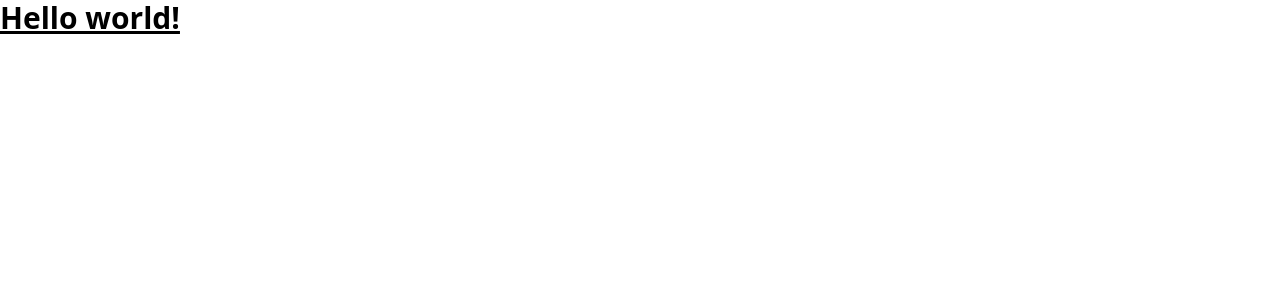
Repository: Gunplay/Smart-Home
Page: /
These files come from the project's save history. The page is drawn as it stood at one moment and after the next save; the edit follows.
The browser window is 1280 px wide. The pictures show the whole page.
The project was rebuilt for these pictures with package versions that can differ from the ones it lists, and the page was loaded fresh each time. Also part of the build but not shown: vite.config.js, vite.config.ts.

Above is the page before, as saved 2024-06-12 16:07:57.

### index.html
<!doctype html>
<html lang="en">

<head>
  <meta charset="UTF-8" />
  <link rel="icon" type="image/svg+xml" href="/vite.svg" />
  <meta name="viewport" content="width=device-width, initial-scale=1.0" />
  <title>Vite + React + TS</title>
  <link real='stylesheet' href='src/style.css'>
</head>

<body>
  <div id="root"></div>

  <script type="module" src="/src/main.tsx"></script>
</body>

</html>

### src/main.tsx
import React from 'react';
import ReactDOM from 'react-dom/client';
import App from './App.tsx';
import './css/style.css';

ReactDOM.createRoot(document.getElementById('root')!).render(
	<React.StrictMode>
		<App />
	</React.StrictMode>
);

### src/App.tsx
// import { useState } from 'react';

// import reactLogo from './assets/react.svg';
// import viteLogo from '/vite.svg';
import Header from './components/Header';

function App() {
	return (
		<>
			<Header />
		</>
	);
}

export default App;

### src/css/style.css
/*
! tailwindcss v3.4.4 | MIT License | https://tailwindcss.com
*/

/*
1. Prevent padding and border from affecting element width. (https://github.com/mozdevs/cssremedy/issues/4)
2. Allow adding a border to an element by just adding a border-width. (https://github.com/tailwindcss/tailwindcss/pull/116)
*/

*,
::before,
::after {
	box-sizing: border-box;
	/* 1 */
	border-width: 0;
	/* 2 */
	border-style: solid;
	/* 2 */
	border-color: #e5e7eb;
	/* 2 */
}

::before,
::after {
	--tw-content: '';
}

/*
1. Use a consistent sensible line-height in all browsers.
2. Prevent adjustments of font size after orientation changes in iOS.
3. Use a more readable tab size.
4. Use the user's configured `sans` font-family by default.
5. Use the user's configured `sans` font-feature-settings by default.
6. Use the user's configured `sans` font-variation-settings by default.
7. Disable tap highlights on iOS
*/

html,
:host {
	line-height: 1.5;
	/* 1 */
	-webkit-text-size-adjust: 100%;
	/* 2 */
	-moz-tab-size: 4;
	/* 3 */
	-o-tab-size: 4;
	tab-size: 4;
	/* 3 */
	font-family: ui-sans-serif, system-ui, sans-serif, 'Apple Color Emoji',
		'Segoe UI Emoji', 'Segoe UI Symbol', 'Noto Color Emoji';
	/* 4 */
	font-feature-settings: normal;
	/* 5 */
	font-variation-settings: normal;
	/* 6 */
	-webkit-tap-highlight-color: transparent;
	/* 7 */
}

/*
1. Remove the margin in all browsers.
2. Inherit line-height from `html` so users can set them as a class directly on the `html` element.
*/

body {
	margin: 0;
	/* 1 */
	line-height: inherit;
	/* 2 */
}

/*
1. Add the correct height in Firefox.
2. Correct the inheritance of border color in Firefox. (https://bugzilla.mozilla.org/show_bug.cgi?id=190655)
3. Ensure horizontal rules are visible by default.
*/

hr {
	height: 0;
	/* 1 */
	color: inherit;
	/* 2 */
	border-top-width: 1px;
	/* 3 */
}

/*
Add the correct text decoration in Chrome, Edge, and Safari.
*/

abbr:where([title]) {
	-webkit-text-decoration: underline dotted;
	text-decoration: underline dotted;
}

/*
Remove the default font size and weight for headings.
*/

h1,
h2,
h3,
h4,
h5,
h6 {
	font-size: inherit;
	font-weight: inherit;
}

/*
Reset links to optimize for opt-in styling instead of opt-out.
*/

a {
	color: inherit;
	text-decoration: inherit;
}

/*
Add the correct font weight in Edge and Safari.
*/

b,
strong {
	font-weight: bolder;
}

/*
1. Use the user's configured `mono` font-family by default.
2. Use the user's configured `mono` font-feature-settings by default.
3. Use the user's configured `mono` font-variation-settings by default.
4. Correct the odd `em` font sizing in all browsers.
*/

code,
kbd,
samp,
pre {
	font-family: ui-monospace, SFMono-Regular, Menlo, Monaco, Consolas,
		'Liberation Mono', 'Courier New', monospace;
	/* 1 */
	font-feature-settings: normal;
	/* 2 */
	font-variation-settings: normal;
	/* 3 */
	font-size: 1em;
	/* 4 */
}

/*
Add the correct font size in all browsers.
*/

small {
	font-size: 80%;
}

/*
Prevent `sub` and `sup` elements from affecting the line height in all browsers.
*/

sub,
sup {
	font-size: 75%;
	line-height: 0;
	position: relative;
	vertical-align: baseline;
}

sub {
	bottom: -0.25em;
}

sup {
	top: -0.5em;
}

/*
1. Remove text indentation from table contents in Chrome and Safari. (https://bugs.chromium.org/p/chromium/issues/detail?id=999088, https://bugs.webkit.org/show_bug.cgi?id=201297)
2. Correct table border color inheritance in all Chrome and Safari. (https://bugs.chromium.org/p/chromium/issues/detail?id=935729, https://bugs.webkit.org/show_bug.cgi?id=195016)
3. Remove gaps between table borders by default.
*/

table {
	text-indent: 0;
	/* 1 */
	border-color: inherit;
	/* 2 */
	border-collapse: collapse;
	/* 3 */
}

/*
1. Change the font styles in all browsers.
2. Remove the margin in Firefox and Safari.
3. Remove default padding in all browsers.
*/

button,
input,
optgroup,
select,
textarea {
	font-family: inherit;
	/* 1 */
	font-feature-settings: inherit;
	/* 1 */
	font-variation-settings: inherit;
	/* 1 */
	font-size: 100%;
	/* 1 */
	font-weight: inherit;
	/* 1 */
	line-height: inherit;
	/* 1 */
	letter-spacing: inherit;
	/* 1 */
	color: inherit;
	/* 1 */
	margin: 0;
	/* 2 */
	padding: 0;
	/* 3 */
}

/*
Remove the inheritance of text transform in Edge and Firefox.
*/

button,
select {
	text-transform: none;
}

/*
1. Correct the inability to style clickable types in iOS and Safari.
2. Remove default button styles.
*/

button,
input:where([type='button']),
input:where([type='reset']),
input:where([type='submit']) {
	-webkit-appearance: button;
	/* 1 */
	background-color: transparent;
	/* 2 */
	background-image: none;
	/* 2 */
}

/*
Use the modern Firefox focus style for all focusable elements.
*/

:-moz-focusring {
	outline: auto;
}

/*
Remove the additional `:invalid` styles in Firefox. (https://github.com/mozilla/gecko-dev/blob/2f9eacd9d3d995c937b4251a5557d95d494c9be1/layout/style/res/forms.css#L728-L737)
*/

:-moz-ui-invalid {
	box-shadow: none;
}

/*
Add the correct vertical alignment in Chrome and Firefox.
*/

progress {
	vertical-align: baseline;
}

/*
Correct the cursor style of increment and decrement buttons in Safari.
*/

::-webkit-inner-spin-button,
::-webkit-outer-spin-button {
	height: auto;
}

/*
1. Correct the odd appearance in Chrome and Safari.
2. Correct the outline style in Safari.
*/

[type='search'] {
	-webkit-appearance: textfield;
	/* 1 */
	outline-offset: -2px;
	/* 2 */
}

/*
Remove the inner padding in Chrome and Safari on macOS.
*/

::-webkit-search-decoration {
	-webkit-appearance: none;
}

/*
1. Correct the inability to style clickable types in iOS and Safari.
2. Change font properties to `inherit` in Safari.
*/

::-webkit-file-upload-button {
	-webkit-appearance: button;
	/* 1 */
	font: inherit;
	/* 2 */
}

/*
Add the correct display in Chrome and Safari.
*/

summary {
	display: list-item;
}

/*
Removes the default spacing and border for appropriate elements.
*/

blockquote,
dl,
dd,
h1,
h2,
h3,
h4,
h5,
h6,
hr,
figure,
p,
pre {
	margin: 0;
}

fieldset {
	margin: 0;
	padding: 0;
}

legend {
	padding: 0;
}

ol,
ul,
menu {
	list-style: none;
	margin: 0;
	padding: 0;
}

/*
Reset default styling for dialogs.
*/

dialog {
	padding: 0;
}

/*
Prevent resizing textareas horizontally by default.
*/

textarea {
	resize: vertical;
}

/*
1. Reset the default placeholder opacity in Firefox. (https://github.com/tailwindlabs/tailwindcss/issues/3300)
2. Set the default placeholder color to the user's configured gray 400 color.
*/

input::-moz-placeholder,
textarea::-moz-placeholder {
	opacity: 1;
	/* 1 */
	color: #9ca3af;
	/* 2 */
}

input::placeholder,
textarea::placeholder {
	opacity: 1;
	/* 1 */
	color: #9ca3af;
	/* 2 */
}

/*
Set the default cursor for buttons.
*/

button,
[role='button'] {
	cursor: pointer;
}

/*
Make sure disabled buttons don't get the pointer cursor.
*/

:disabled {
	cursor: default;
}

/*
1. Make replaced elements `display: block` by default. (https://github.com/mozdevs/cssremedy/issues/14)
2. Add `vertical-align: middle` to align replaced elements more sensibly by default. (https://github.com/jensimmons/cssremedy/issues/14#issuecomment-634934210)
   This can trigger a poorly considered lint error in some tools but is included by design.
*/

img,
svg,
video,
canvas,
audio,
iframe,
embed,
object {
	display: block;
	/* 1 */
	vertical-align: middle;
	/* 2 */
}

/*
Constrain images and videos to the parent width and preserve their intrinsic aspect ratio. (https://github.com/mozdevs/cssremedy/issues/14)
*/

img,
video {
	max-width: 100%;
	height: auto;
}

/* Make elements with the HTML hidden attribute stay hidden by default */

[hidden] {
	display: none;
}

*,
::before,
::after {
	--tw-border-spacing-x: 0;
	--tw-border-spacing-y: 0;
	--tw-translate-x: 0;
	--tw-translate-y: 0;
	--tw-rotate: 0;
	--tw-skew-x: 0;
	--tw-skew-y: 0;
	--tw-scale-x: 1;
	--tw-scale-y: 1;
	--tw-pan-x: ;
	--tw-pan-y: ;
	--tw-pinch-zoom: ;
	--tw-scroll-snap-strictness: proximity;
	--tw-gradient-from-position: ;
	--tw-gradient-via-position: ;
	--tw-gradient-to-position: ;
	--tw-ordinal: ;
	--tw-slashed-zero: ;
	--tw-numeric-figure: ;
	--tw-numeric-spacing: ;
	--tw-numeric-fraction: ;
	--tw-ring-inset: ;
	--tw-ring-offset-width: 0px;
	--tw-ring-offset-color: #fff;
	--tw-ring-color: rgb(59 130 246 / 0.5);
	--tw-ring-offset-shadow: 0 0 #0000;
	--tw-ring-shadow: 0 0 #0000;
	--tw-shadow: 0 0 #0000;
	--tw-shadow-colored: 0 0 #0000;
	--tw-blur: ;
	--tw-brightness: ;
	--tw-contrast: ;
	--tw-grayscale: ;
	--tw-hue-rotate: ;
	--tw-invert: ;
	--tw-saturate: ;
	--tw-sepia: ;
	--tw-drop-shadow: ;
	--tw-backdrop-blur: ;
	--tw-backdrop-brightness: ;
	--tw-backdrop-contrast: ;
	--tw-backdrop-grayscale: ;
	--tw-backdrop-hue-rotate: ;
	--tw-backdrop-invert: ;
	--tw-backdrop-opacity: ;
	--tw-backdrop-saturate: ;
	--tw-backdrop-sepia: ;
	--tw-contain-size: ;
	--tw-contain-layout: ;
	--tw-contain-paint: ;
	--tw-contain-style: ;
}

::backdrop {
	--tw-border-spacing-x: 0;
	--tw-border-spacing-y: 0;
	--tw-translate-x: 0;
	--tw-translate-y: 0;
	--tw-rotate: 0;
	--tw-skew-x: 0;
	--tw-skew-y: 0;
	--tw-scale-x: 1;
	--tw-scale-y: 1;
	--tw-pan-x: ;
	--tw-pan-y: ;
	--tw-pinch-zoom: ;
	--tw-scroll-snap-strictness: proximity;
	--tw-gradient-from-position: ;
	--tw-gradient-via-position: ;
	--tw-gradient-to-position: ;
	--tw-ordinal: ;
	--tw-slashed-zero: ;
	--tw-numeric-figure: ;
	--tw-numeric-spacing: ;
	--tw-numeric-fraction: ;
	--tw-ring-inset: ;
	--tw-ring-offset-width: 0px;
	--tw-ring-offset-color: #fff;
	--tw-ring-color: rgb(59 130 246 / 0.5);
	--tw-ring-offset-shadow: 0 0 #0000;
	--tw-ring-shadow: 0 0 #0000;
	--tw-shadow: 0 0 #0000;
	--tw-shadow-colored: 0 0 #0000;
	--tw-blur: ;
	--tw-brightness: ;
	--tw-contrast: ;
	--tw-grayscale: ;
	--tw-hue-rotate: ;
	--tw-invert: ;
	--tw-saturate: ;
	--tw-sepia: ;
	--tw-drop-shadow: ;
	--tw-backdrop-blur: ;
	--tw-backdrop-brightness: ;
	--tw-backdrop-contrast: ;
	--tw-backdrop-grayscale: ;
	--tw-backdrop-hue-rotate: ;
	--tw-backdrop-invert: ;
	--tw-backdrop-opacity: ;
	--tw-backdrop-saturate: ;
	--tw-backdrop-sepia: ;
	--tw-contain-size: ;
	--tw-contain-layout: ;
	--tw-contain-paint: ;
	--tw-contain-style: ;
}

.text-3xl {
	font-size: 1.875rem;
	line-height: 2.25rem;
}

.font-bold {
	font-weight: 700;
}

.underline {
	text-decoration-line: underline;
}

.filter {
	filter: var(--tw-blur) var(--tw-brightness) var(--tw-contrast)
		var(--tw-grayscale) var(--tw-hue-rotate) var(--tw-invert) var(--tw-saturate)
		var(--tw-sepia) var(--tw-drop-shadow);
}

### src/components/Header/index.tsx
export default function Header() {
	return (
		<>
			<h1 className='text-3xl font-bold underline'>Hello world!</h1>
		</>
	);
}

### src/components/Button/index.tsx
const Button = () => {
	return <div>Sing in</div>;
};

export default Button;

After the next save:
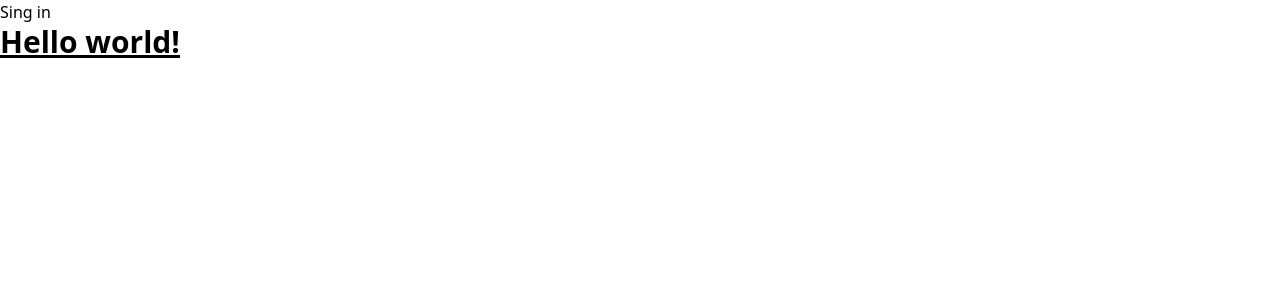
Saved 17 s later.
--- a/src/components/Header/index.tsx
+++ b/src/components/Header/index.tsx
@@ -1,6 +1,9 @@
+import Button from '../Button';
+
 export default function Header() {
 	return (
 		<>
+			<Button />
 			<h1 className='text-3xl font-bold underline'>Hello world!</h1>
 		</>
 	);
